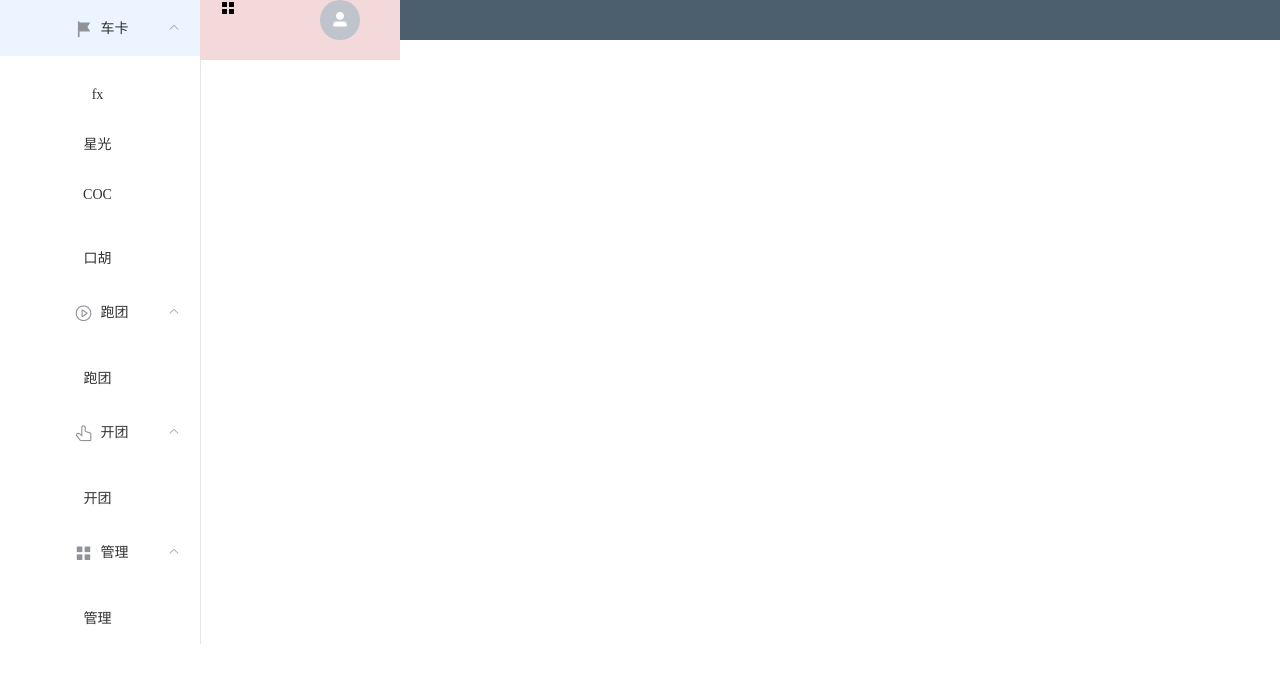
Repository: redlout/ptgkd
Page: /
The author's editor kept a copy of each file at every save. The page is drawn from the files as they stood at one save, then again after the next save.
The browser window is 1280 px wide. The pictures show the whole page.
The project was rebuilt for these pictures with package versions that can differ from the ones it lists, and the page was loaded fresh each time. Also part of the build but not shown: src/mock/mock.js, src/views/Login.vue, src/components/SvgIcon/index.vue.

Above is the page before, as saved 2019-09-02 21:16:51.

### index.html
<!DOCTYPE html>
<html>
  <head>
    <meta charset="utf-8">
    <meta name="viewport" content="width=device-width,initial-scale=1.0">
    <title>ptgkd</title>
  </head>
  <body>
    <div id="app"></div>
    <!-- built files will be auto injected -->
  </body>
</html>

<style>
body{
  margin:0;
  padding:0;
}
</style>

### src/main.js
// import '@/styles/index.scss'
// import 'normalize.css/normalize.css'
import Vue from 'vue'
import App from './App'
import router from './router'

import ElementUI from 'element-ui'
import 'element-ui/lib/theme-chalk/index.css'
import api from './http/index'
import './icons'
import store from './store'

Vue.config.productionTip = false
Vue.use(ElementUI);
Vue.use(api);

// Vue.use(api)
/* eslint-disable no-new */
new Vue({
  el: '#app',
  router,
  store,
  render: h => h(App)
})

### src/router/index.js
import Vue from 'vue'
import Router from 'vue-router'
import HelloWorld from '@/views/HelloWorld'
import Login from '@/views/Login'

Vue.use(Router)

const router = new Router({
  routes: [
    {
      path: '/',
      name: 'HelloWorld',
      component: HelloWorld
    },
    {
      path: '/login',
      name: 'Login',
      component: Login
    }
  ]
})

export default router

### src/http/index.js
// 导入所有接口
import apis from './api'

const install = Vue => {
    if (install.installed)
        return;

    install.installed = true;

    Object.defineProperties(Vue.prototype, {
        // 注意，此处挂载在 Vue 原型的 $api 对象上
        $api: {
            get() {
                return apis
            }
        }
    })
}

export default install

### src/icons/index.js
import Vue from 'vue'
import SvgIcon from '@/components/SvgIcon'// svg component

// register globally
Vue.component('svg-icon', SvgIcon)

const req = require.context('./svg', false, /\.svg$/)
const requireAll = requireContext => requireContext.keys().map(requireContext)
requireAll(req)

### src/store/index.js
import Vue from 'vue'
import vuex from 'vuex'

Vue.use(vuex);
import collapse from './modules/collapse.js'
const store = new vuex.Store({
    modules: {
        collapseState: collapse,
        // menu: mymenu
        // 其他
    }
})

export default store

### src/views/HelloWorld.vue
<template>
<div class="container" >
  <el-container style="height: 100%;" direction="vertical">
    <AsideBar></AsideBar>
          <HeadBar></HeadBar>
    <el-container>

      <el-main></el-main>
    </el-container>
  </el-container>
</div>
</template>

<script>
import AsideBar from "../components/AsideBar/index";
import HeadBar from "../components/HeadBar/index";
export default {
  name: "HelloWorld",
  data() {
    return {
      isCollapse: false
    };
  },
  components: {
    AsideBar,
    HeadBar
  },
  methods: {
    logout: function() {
      var _this = this;
      this.$confirm("确认退出吗?", "提示", {
        type: "warning"
      }).then(() => {
        // sessionStorage.removeItem("user");
        this.$router.push("/login");
      });
    }
  }
};
</script>

<style scoped>
  .container {
    position:absolute;
    top: 0px;
    left: 0px;
    right: 0px;
    background: #4b5f6e;
  }
</style>

### src/http/api.js
import axios from './axios'

const login = data =>{
    return axios({
        url: '/login',
        method: 'post',
        data
    })
}

const logout = () =>{
    return axios({

    })
}

export default{
    login,
    logout
}

### src/store/modules/collapse.js
export default {
    state: {
        collapse:false  // 导航栏收缩状态
    },
    getters: {
        collapse(state){// 对应着上面state
            return collapse;
        }
    },
    mutations: {
        collapse(state){  // 改变收缩状态
            state.collapse = !state.collapse;
        }
    },
    actions: {

    }
}

### src/components/AsideBar/index.vue
<template>
  <el-aside width="initial" style="background-color: rgb(238, 241, 246) ">
    <el-menu
      :default-openeds="['1','2','3','4']"
      class="el-menu-vertical-demo"
      :collapse="$store.state.collapseState.collapse"
      @open="handleopen"
      @close="handleclose"
      @select="handleselect"
    >
      <el-submenu index="1">
        <template slot="title">
          <i class="el-icon-s-flag"></i>
          <span slot="title">车卡</span>
        </template>
        <el-menu-item-group>
          <el-menu-item index="1-1">fx</el-menu-item>
          <el-menu-item index="1-2">星光</el-menu-item>
          <el-menu-item index="1-3">COC</el-menu-item>
        </el-menu-item-group>
        <el-menu-item-group>
          <el-menu-item index="1-1">口胡</el-menu-item>
        </el-menu-item-group>
      </el-submenu>
      <el-submenu index="2">
        <template slot="title">
          <i class="el-icon-video-play"></i>
          <span slot="title">跑团</span>
        </template>
        <el-menu-item-group>
          <el-menu-item index="2-1">跑团</el-menu-item>
        </el-menu-item-group>
      </el-submenu>
      <el-submenu index="3">
        <template slot="title">
          <i class="el-icon-thumb"></i>
          <span slot="title">开团</span>
        </template>
        <el-menu-item-group>
          <el-menu-item index="3-1">开团</el-menu-item>
        </el-menu-item-group>
      </el-submenu>
      <el-submenu index="4">
        <template slot="title">
          <i class="el-icon-menu"></i>
          <span slot="title">管理</span>
        </template>
        <el-menu-item-group>
          <el-menu-item index="3-1">管理</el-menu-item>
        </el-menu-item-group>
      </el-submenu>
    </el-menu>
  </el-aside>
</template>


<script>
export default {
  name: "AsideBar",
  data() {
    return {
      isCollapse: false,
      logo: ""
    };
  },
  methods: {
    handleopen() {
      console.log("handleopen");
    },
    handleclose() {
      console.log("handleclose");
    },
    handleselect(a, b) {
      console.log("handleselect");
    }
  }
};
</script>

<style>
.el-aside {
  background-color: #d3dce6;
  color: #333;
  text-align: center;
  line-height: 10px;
  position: absolute;
}
  .el-menu-vertical-demo:not(.el-menu--collapse) {
    width: 200px;
    min-height: 400px;
  }

    .menu-bar-width {
    width: 200px;
  }
  .menu-bar-collapse-width {
    width: 65px;
  }
</style>

### src/components/HeadBar/index.vue
<template>
  <el-header :class="$store.state.collapseState.collapse?'menu-bar-collapse-width':'menu-bar-width'">
    <span @click="Oncollapse">
      <i class="el-icon-menu"></i>
    </span>

    <el-dropdown class="user-info-dropdown" trigger="hover">
      <el-avatar icon="el-icon-user-solid"></el-avatar>
      <el-dropdown-menu slot="dropdown">
        <el-dropdown-item>个人信息</el-dropdown-item>
        <el-dropdown-item>管理</el-dropdown-item>
        <el-dropdown-item divided @click="logout">登出</el-dropdown-item>
      </el-dropdown-menu>
    </el-dropdown>
  </el-header>
  <!-- <el-main></el-main> -->
</template>

<script>
export default {
  data(){
    return{
      isCollapse:false,
    };
  },
  methods:{
    Oncollapse: function(){
      this.$store.commit('collapse');
    }
  }
}
</script>

<style>
.el-header {
  position: absolute;
  background-color: rgb(243, 217, 217);
  /* left: 200px;
  right: 0px;
  height: 60px;
  line-height: 60px; */
  /* width: 100% */
}
  .collapse-switcher {
    width: 40px;
    float: left;
    cursor: pointer;
    border-color: rgba(111, 123, 131, 0.8);
    border-left-width: 1px;
    border-left-style: solid;
    border-right-width: 1px;
    border-right-style: solid;
    color: white;
    background: #504e6180;
  }
    .menu-bar-width{
    left: 200px;
  }
    .menu-bar-collapse-width{
    left: 65px;
  }

      .user-info-dropdown {
      font-size: 20px;
      padding-right: 20px;
      color: #fff;
      cursor: pointer;
      float: right;
    }
</style>

### src/http/axios.js
import axios from 'axios';
import qs from 'qs';
import Cookies from "js-cookie";
import router from "@/router"

export default function $axios(options){
    return new Promise((resolve, reject) => {
      console.log(options)
        const instance = axios.create({
            baseURL: 'http://localhost:8080/',
            headers: {'Content-Type': 'application/json;charset=UTF-8'},
            timeout: '10000',
            transformResponse: [function (data){
            }]
        })
        // request 拦截器
        instance.interceptors.request.use(function(config){
                let token = Cookies.get('token')
                console.log(config)
                if(1){
                    config.headers.accessToken = 111
                }else{
                    //重定向到登陆页面
                    router.push('/login')
                }
                if(config.method === 'post'){
                    if(config.data.__proto__ === FormData.prototype
                        || config.url.endsWith('path')
                        || config.url.endsWith('mark')
                        || config.url.endsWith('patchs')
                        ){
                        }else{
                          config.data = qs.stringify(config.data)
                          console.log(config.data)
                        }
                    }
                    return config
                },
                function (error) {
                // 请求超时
                console.log('request:', error)
                if(error.code === 'ECONNABORTED' && error.message.indexOf('timeout') !== -1){
                    console.log('timeout 请求超时')
                }
                // 重定向到错误页面
                const errorInfo = error.response
                console.log(errorInfo)
                if(errorInfo){
                    error = errorInfo.data
                    const errorStatus = errorInfo.statue; // 404 403 500 ...
                    router.push({
                        path:  `/error/${errorStatus}`
                    })
                }
                return Promise.reject(error)
            }
        )
        console.log(11111111111111)
        instance.interceptors.response.use(function(response){
                let data;
                if(response.data == undefined){
                  data = JSON.parse(response.request.responseText)
                }else{
                    data = response.data
                }

                //根据返回的code 来进行不同的处理
                switch(data.rc){
                    case 1:
                        console.log(data.desc)
                        break;
                    case 0:
                        store.commit('changeState')
                    default:

                }
                return data
            },
            function(err){
              console.log(999999)
                if (err && err.response) {
                    switch (err.response.status) {
                      case 400:
                        err.message = '请求错误'
                        break
                      case 401:
                        err.message = '未授权，请登录'
                        break
                      case 403:
                        err.message = '拒绝访问'
                        break
                      case 404:
                        err.message = `请求地址出错: ${err.response.config.url}`
                        break
                      case 408:
                        err.message = '请求超时'
                        break
                      case 500:
                        err.message = '服务器内部错误'
                        break
                      case 501:
                        err.message = '服务未实现'
                        break
                      case 502:
                        err.message = '网关错误'
                        break
                      case 503:
                        err.message = '服务不可用'
                        break
                      case 504:
                        err.message = '网关超时'
                        break
                      case 505:
                        err.message = 'HTTP版本不受支持'
                        break
                      default:
                    }
                  }
                  console.error(err)
                  return Promise.reject(err)
            }
        )
        //请求处理
        instance(options).then(res => {
          console.log(2222222)
            resolve(res)
            return false
        }).catch(error => {
          console.log(33333)
            reject(error)
        })
        console.log(4444)
    })
}

Loaded but not shown: src/App.vue (common file)

After the next save:
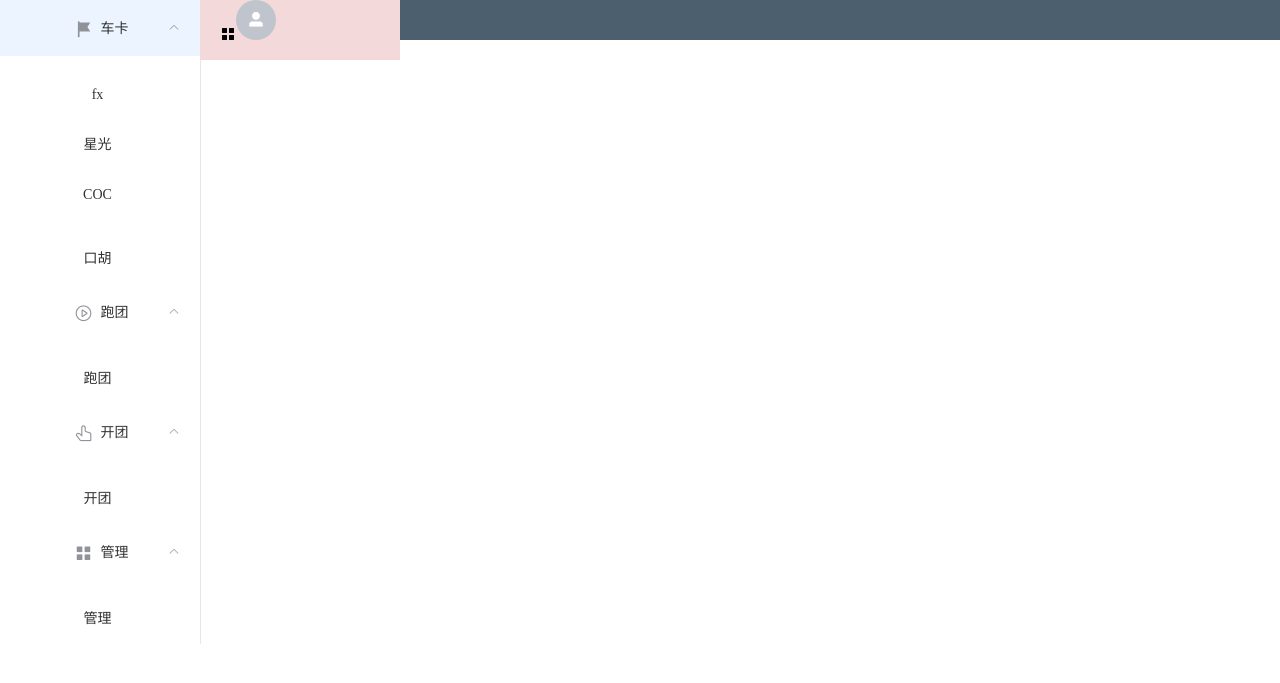
Saved 23 s later.
--- a/src/components/HeadBar/index.vue
+++ b/src/components/HeadBar/index.vue
@@ -35,11 +35,11 @@ export default {
 .el-header {
   position: absolute;
   background-color: rgb(243, 217, 217);
-  /* left: 200px;
+  left: 200px;
   right: 0px;
   height: 60px;
   line-height: 60px; */
-  /* width: 100% */
+  /* width: 100%
 }
   .collapse-switcher {
     width: 40px;
